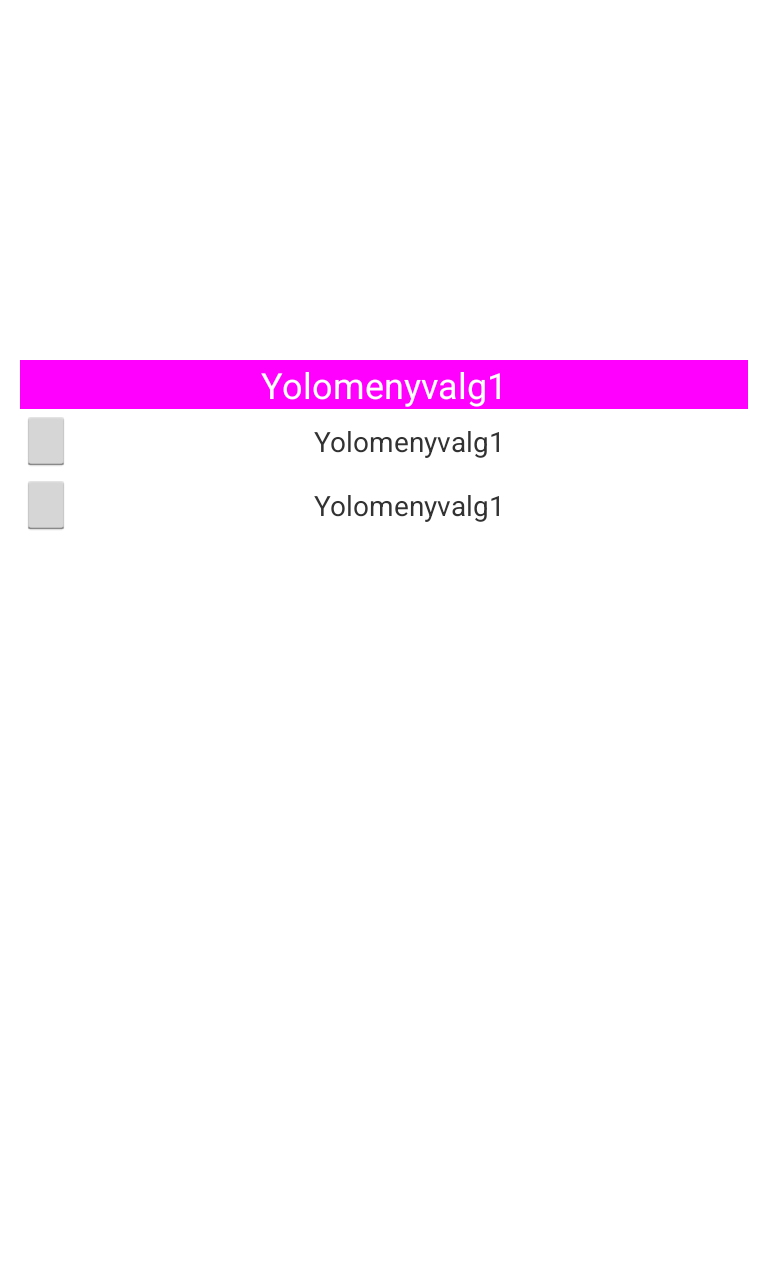
Repository: pumalove/workspace
Layout: MainActivity/res/layout/gridview.xml
These files come from the project's save history. The layout is drawn as it stood at one moment and after the next save; the edit follows.
It is drawn on a 768 x 1280 px phone screen (xhdpi) without system bars, with theme AppTheme; the app's code is not run. Lists and similar views that code fills are empty.

Above is the layout before, as saved 2014-03-17 12:09:50.

After the next save:
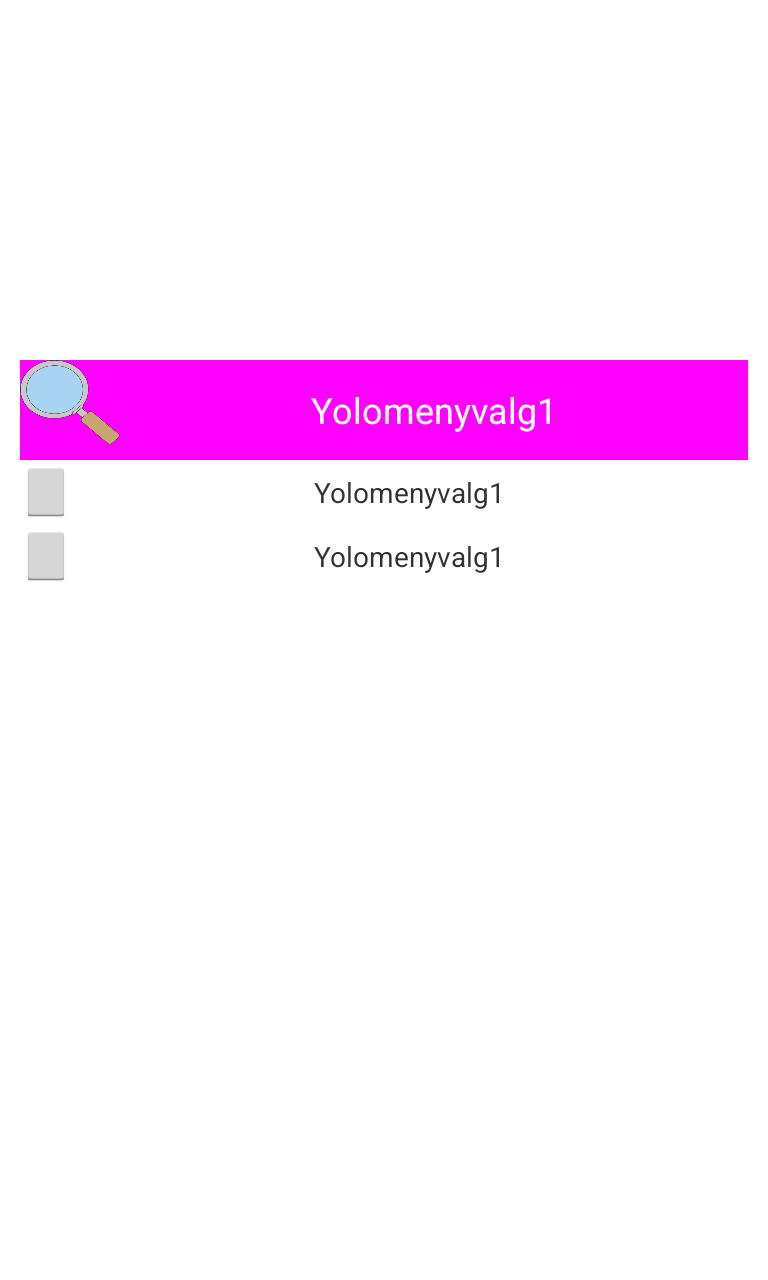
Saved 75 s later.
--- a/MainActivity/res/layout/gridview.xml
+++ b/MainActivity/res/layout/gridview.xml
@@ -41,13 +41,13 @@
             android:background="#FF00FF"
             >
 
-
             <ImageView
                 android:id="@+id/imageView1"
-                android:layout_width="wrap_content"
-                android:layout_height="wrap_content"
+                android:layout_width="50dp"
+                android:layout_height="50dp"
 
-                />
+                android:src="@drawable/sample_0" />
+
 			<LinearLayout
 			    android:layout_width="fill_parent"
             	android:layout_height="wrap_content"
